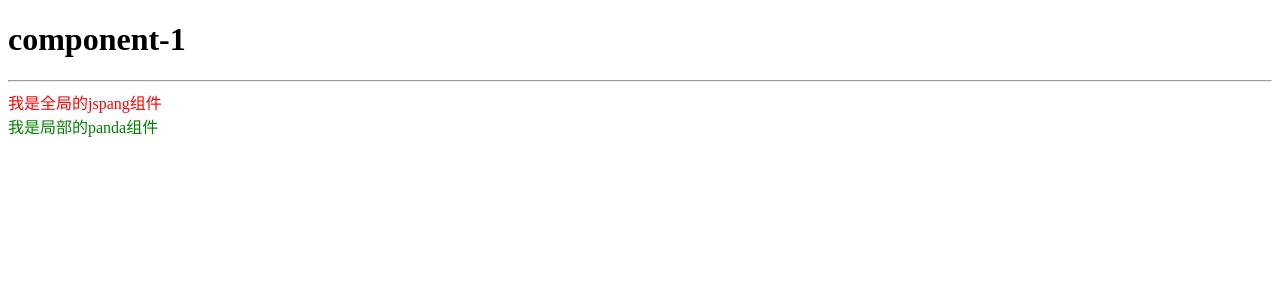
Repository: 13982720426/vue2.0-LearningNotes
Page: example/component-2.html
An editor plug-in stored every save of this project. The page is shown before and after the next save, followed by the edit.
The browser window is 1280 px wide. The pictures show the whole page.

Above is the page before, as saved 2021-06-24 21:18:57.

After the next save:
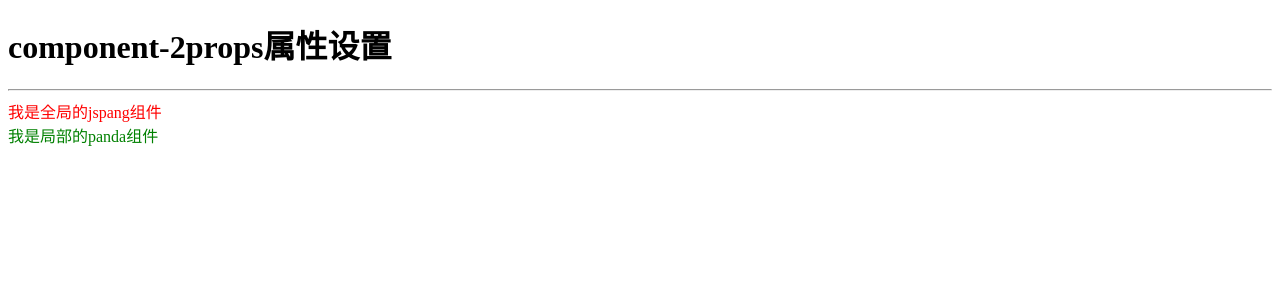
Saved 32 s later.
--- a/example/component-2.html
+++ b/example/component-2.html
@@ -4,11 +4,11 @@
     <meta charset="UTF-8" />
     <meta http-equiv="X-UA-Compatible" content="IE=edge" />
     <meta name="viewport" content="width=device-width, initial-scale=1.0" />
-    <title>component-1</title>
+    <title>component-2组件props属性设置</title>
     <script type="text/javascript" src="../assets/js/vue.js"></script>
   </head>
   <body>
-    <h1>component-1</h1>
+    <h1>component-2props属性设置</h1>
     <hr />
     <div id="app">
       <jspang></jspang>
